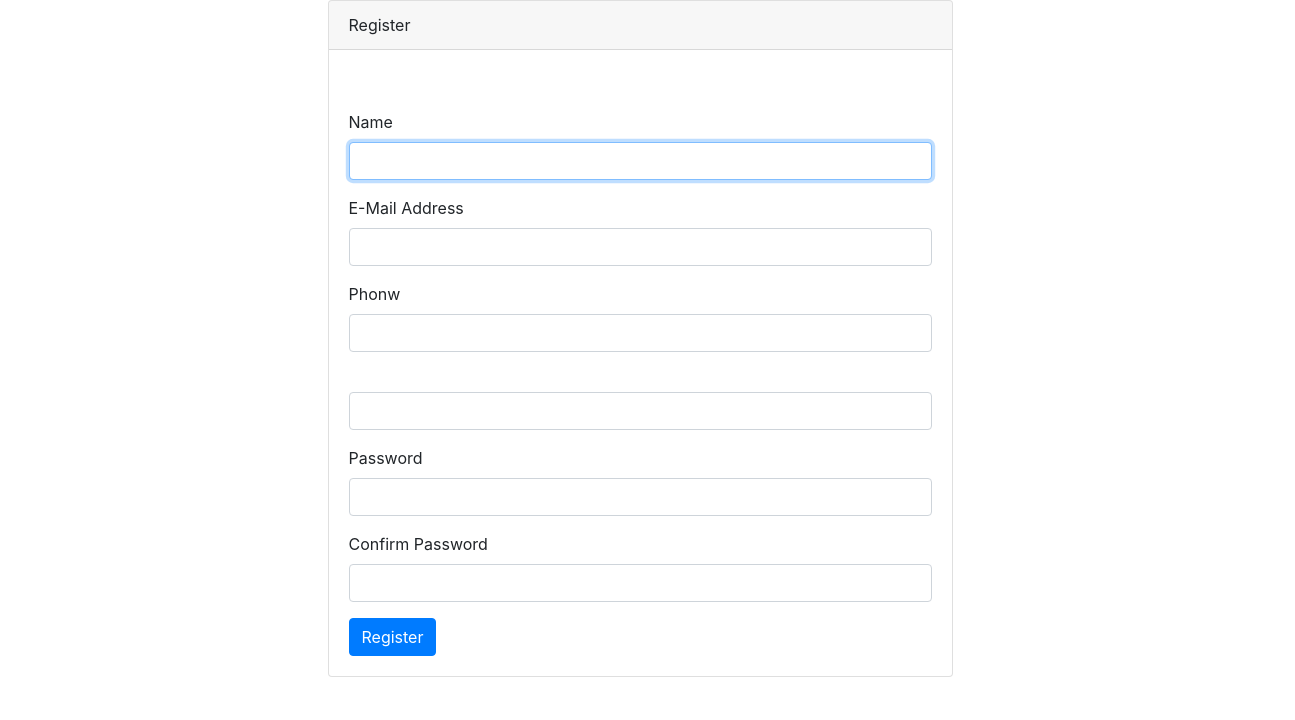
Repository: Tauqeer124/usermanagemet
Page: http://localhost/register
These files come from the project's save history. The page is drawn as it stood at one moment and after the next save; the edit follows.
The browser window is 1280 px wide. The page is 1295 px wide, so the pictures cover 1295 px, including what lies to the right of the window. The pictures show the whole page.
The page is served by the project's Laravel application, run on PHP 8.4 with Laravel 8.

Above is the page before, as saved 2023-07-24 12:14:01.

After the next save:
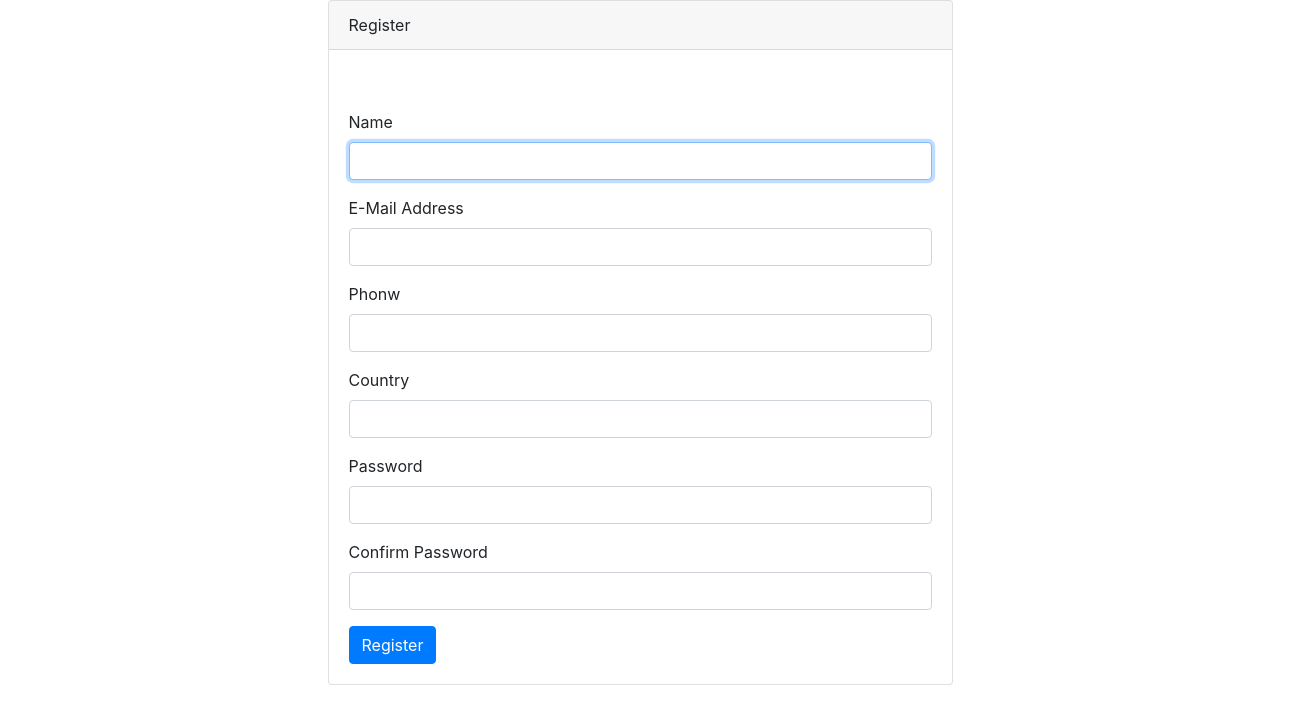
Saved 4 s later.
--- a/resources/views/auth/register.blade.php
+++ b/resources/views/auth/register.blade.php
@@ -50,7 +50,7 @@
                             @enderror
                         </div>
                         <div class="form-group">
-                            <label for="country">{{ __('') }}</label>
+                            <label for="country">{{ __('Country') }}</label>
                             <input id="email" type="email" class="form-control @error('email') is-invalid @enderror" name="email"  required autocomplete="email">
                             @error('email')
                                 <span class="invalid-feedback" role="alert">
